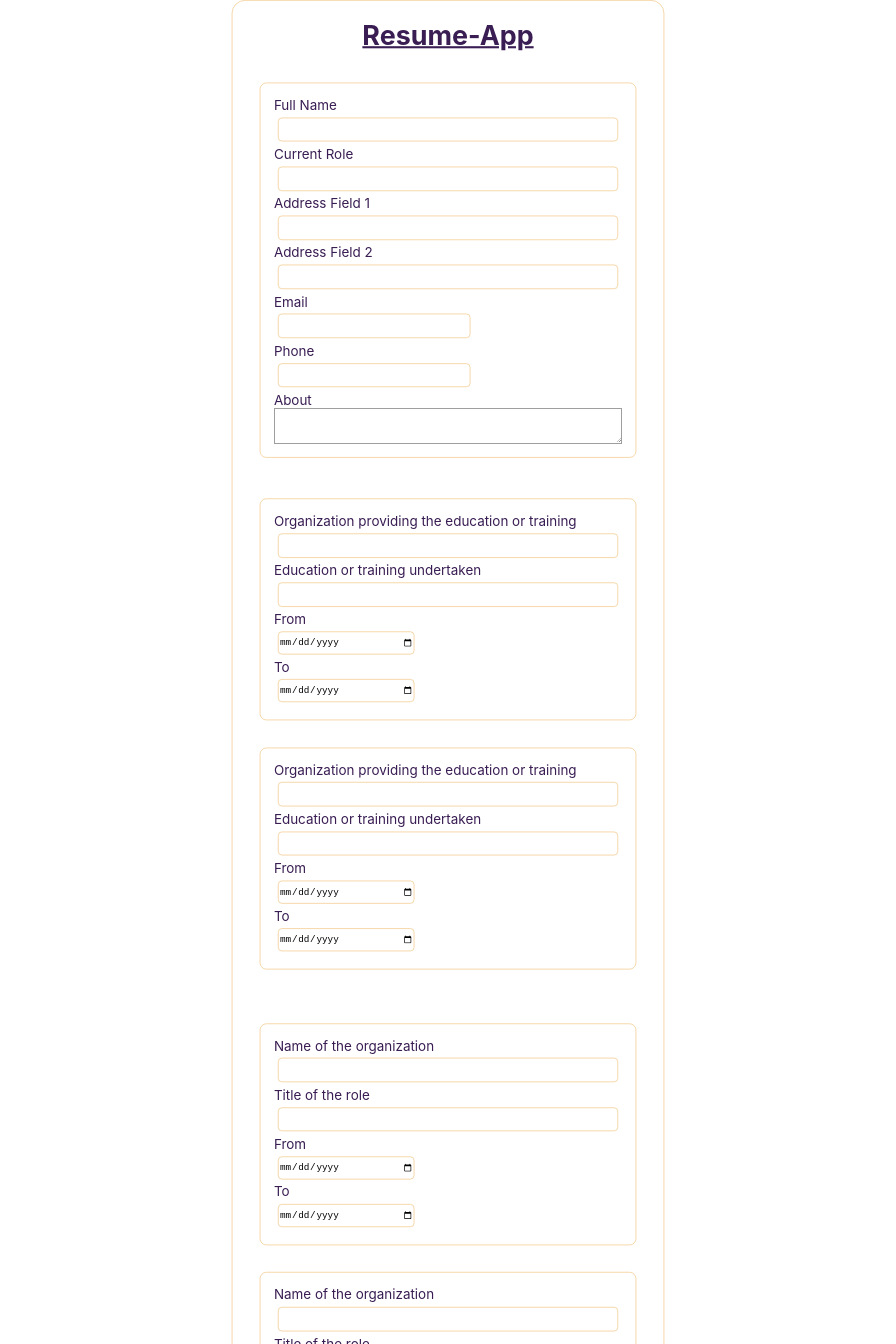
Repository: 0101chaitanya/resume-app
Page: /
The author's editor kept a copy of each file at every save. The page is drawn from the files as they stood at one save, then again after a run of saves.
The browser window is 1280 px wide. The pictures show the part of the page from y = 0 to 1920 px (the page is 3427 px tall), at 70% of full size.
The project was rebuilt for these pictures with package versions that can differ from the ones it lists, and the page was loaded fresh each time.

Above is the page before, as saved 2021-07-28 18:33:28.

After the next 2 saves:
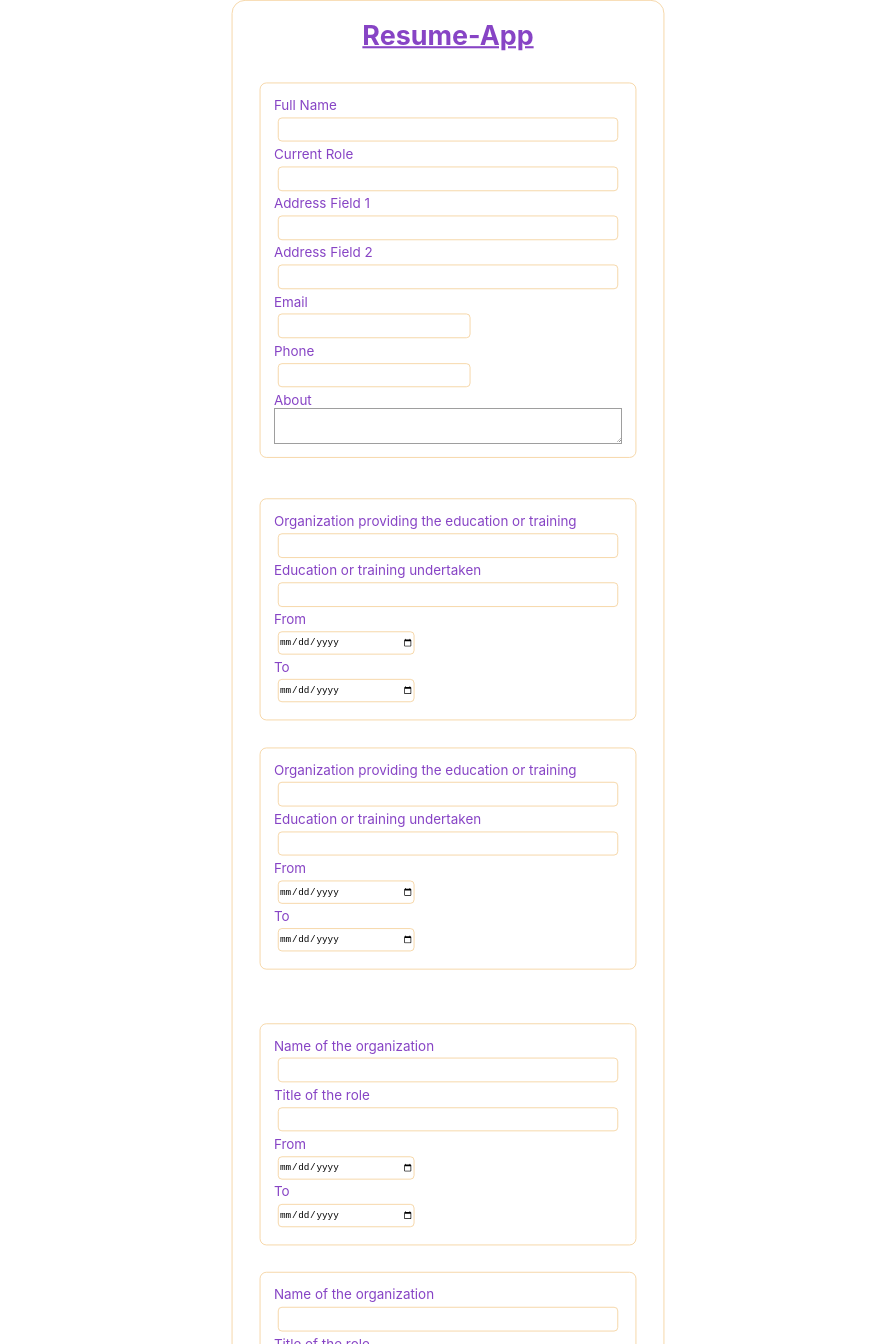
The 2 saves are shown as one change because they came seconds apart.
The last was saved 12 s later.
--- a/src/App.css
+++ b/src/App.css
@@ -1,7 +1,7 @@
 html {
   font-size: 1.2rem;
   font-weight: 400;
-  color: rgb(57, 29, 83);
+  color: rgb(135, 68, 197);
 }
 input {
   border-radius: 0.3rem;
